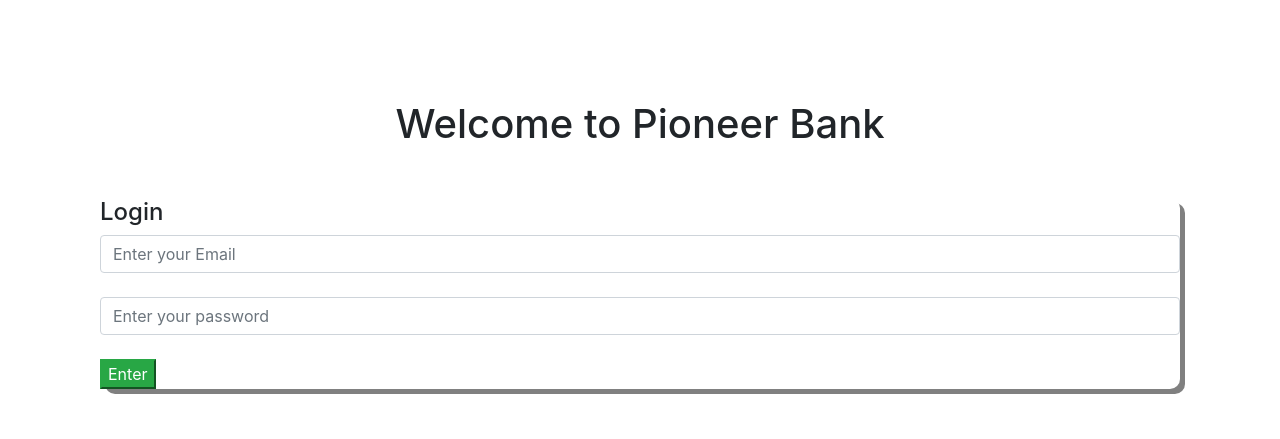
Repository: omarhasnain/pioneer-bank
Page: index.html
The author's editor kept a copy of each file at every save. The page is drawn from the files as they stood at one save, then again after the next save.
The browser window is 1280 px wide. The pictures show the whole page.

Above is the page before, as saved 2021-04-27 17:09:58.

### index.html
<!DOCTYPE html>
<html lang="en">

<head>
    <meta charset="UTF-8">
    <meta http-equiv="X-UA-Compatible" content="IE=edge">
    <meta name="viewport" content="width=device-width, initial-scale=1.0">
    <title>Pioneer Bank</title>
    <link rel="stylesheet" href="https://stackpath.bootstrapcdn.com/bootstrap/4.4.1/css/bootstrap.min.css" integrity="sha384-Vkoo8x4CGsO3+Hhxv8T/Q5PaXtkKtu6ug5TOeNV6gBiFeWPGFN9MuhOf23Q9Ifjh" crossorigin="anonymous">
    <link rel="stylesheet" href="style.css">
</head>

<body>

    <div id="login-area">
        <h1 class="text-center">Welcome to Pioneer Bank</h1>
        <div class="submit-area">
            <h4>Login</h4>
            <input type="text" class="form-control" placeholder="Enter your Email">
            <br>
            <input type="password" name="" id="" placeholder="Enter your password" class="form-control">
            <br>
            <button class="btn-success">Enter</button>
        </div>
    </div>


</body>

</html>

### style.css
body {
    padding: 100px;
}

.submit-area {
    margin-top: 50px;
    border-radius: 10px;
    box-shadow: 5px 5px grey;
}

After the next save:
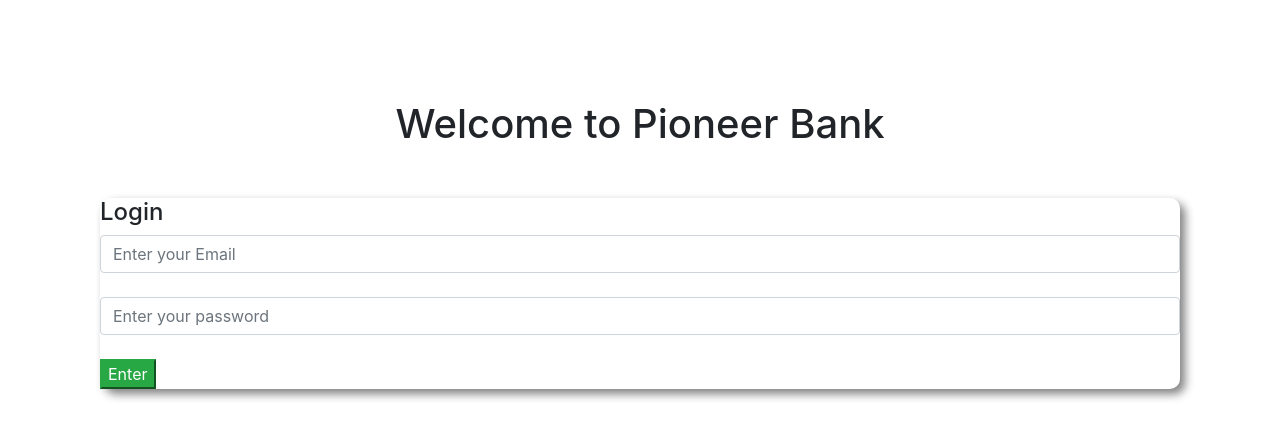
Saved 17 s later.
--- a/style.css
+++ b/style.css
@@ -5,5 +5,5 @@
 .submit-area {
     margin-top: 50px;
     border-radius: 10px;
-    box-shadow: 5px 5px grey;
+    box-shadow: 5px 5px 10px grey;
 }
